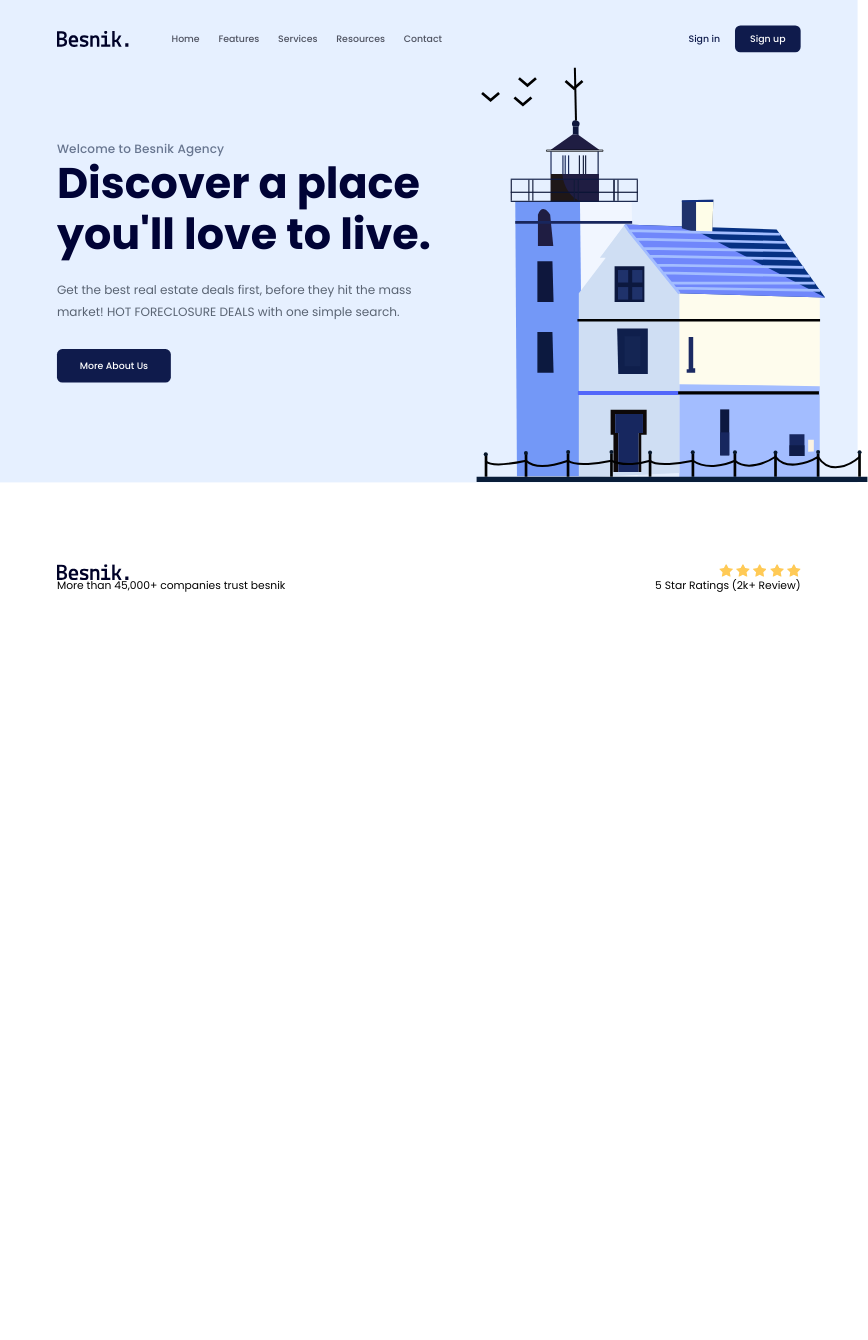
Repository: vancong171001/f8-html-css-01
Page: index.html
An editor plug-in stored every save of this project. The page is shown before and after a run of saves, followed by the edit.
The browser window is 1280 px wide. The page is 1295 px wide, so the pictures cover 1295 px, including what lies to the right of the window. The pictures show the whole page, at 67% of full size.

Above is the page before, as saved 2025-02-20 10:45:07.

### index.html
<!DOCTYPE html>
<html lang="en">
  <head>
    <meta charset="UTF-8" />
    <meta name="viewport" content="width=device-width, initial-scale=1.0" />
    <title>Project 01</title>
    <link rel="stylesheet" href="./assets/css/reset.css" />

    <!-- <link rel="preconnect" href="https://fonts.googleapis.com">
  <link rel="preconnect" href="https://fonts.gstatic.com" crossorigin>
  <link
    href="https://fonts.googleapis.com/css2?family=Poppins:wght@400;500;600;700&family=Roboto:ital,wght@0,100;0,300;0,400;0,500;0,700;0,900;1,100;1,300;1,400;1,500;1,700;1,900&display=swap"
    rel="stylesheet"> -->

    <link rel="stylesheet" href="./assets/fonts/stylesheet.css" />
    <link rel="stylesheet" href="./assets/css/styles.css" />
  </head>

  <body>
    <main style="height: 2000px">
      <!-- Header -->
      <header class="header">
        <div class="content">
          <nav class="navbar">
            <!-- Logo -->
            <img src="./assets/img/logo.svg" alt="Besnik." />

            <!-- Navigation -->
            <ul>
              <li><a href="#!">Home</a></li>
              <li><a href="#!">Features</a></li>
              <li><a href="#!">Services</a></li>
              <li><a href="#!">Resources</a></li>
              <li><a href="#!">Contact</a></li>
            </ul>

            <!-- Action -->
            <div class="action">
              <a href="#!" class="action-link">Sign in</a>
              <a href="#!" class="btn action-btn">Sign up</a>
            </div>
          </nav>

          <div class="hero">
            <div class="info">
              <p class="sub-title">Welcome to Besnik Agency</p>
              <h1 class="title">Discover a place you'll love to live.</h1>
              <p class="desc">
                Get the best real estate deals first, before they hit the mass
                market! HOT FORECLOSURE DEALS with one simple search.
              </p>
              <a href="#!" class="btn hero-cta">More About Us</a>
            </div>

            <img
              src="./assets/img/hero-img.svg"
              alt="Discover a place you'll love to live."
              class="hero-img"
            />
          </div>
        </div>
      </header>

      <!-- Clients -->
      <div class="clients">
        <div class="content">
          <div class="row">
            <!-- Logo -->
            <img src="./assets/img/logo.svg" alt="Besnik." />

            <!-- Stars -->
            <div class="stars">
              <img src="./assets/img/star.svg" alt="Star" />
              <img src="./assets/img/star.svg" alt="Star" />
              <img src="./assets/img/star.svg" alt="Star" />
              <img src="./assets/img/star.svg" alt="Star" />
              <img src="./assets/img/star.svg" alt="Star" />
            </div>
          </div>
          <div class="row">
            <p class="desc">More than 45,000+ companies trust besnik</p>
            <p class="desc">5 Star Ratings (2k+ Review)</p>
          </div>
        </div>
      </div>
    </main>
  </body>
</html>

### assets/fonts/stylesheet.css
/* =============== Poppins ================ */
@font-face {
  font-family: 'Poppins';
  src: url('Poppins/Poppins-BoldItalic.woff2') format('woff2'),
      url('Poppins/Poppins-BoldItalic.woff') format('woff');
  font-weight: bold;
  font-style: italic;
  font-display: swap;
}

@font-face {
  font-family: 'Poppins';
  src: url('Poppins/Poppins-ExtraBold.woff2') format('woff2'),
      url('Poppins/Poppins-ExtraBold.woff') format('woff');
  font-weight: bold;
  font-style: normal;
  font-display: swap;
}

@font-face {
  font-family: 'Poppins';
  src: url('Poppins/Poppins-ExtraBoldItalic.woff2') format('woff2'),
      url('Poppins/Poppins-ExtraBoldItalic.woff') format('woff');
  font-weight: bold;
  font-style: italic;
  font-display: swap;
}

@font-face {
  font-family: 'Poppins';
  src: url('Poppins/Poppins-Bold.woff2') format('woff2'),
      url('Poppins/Poppins-Bold.woff') format('woff');
  font-weight: bold;
  font-style: normal;
  font-display: swap;
}

@font-face {
  font-family: 'Poppins';
  src: url('Poppins/Poppins-Black.woff2') format('woff2'),
      url('Poppins/Poppins-Black.woff') format('woff');
  font-weight: 900;
  font-style: normal;
  font-display: swap;
}

@font-face {
  font-family: 'Poppins';
  src: url('Poppins/Poppins-BlackItalic.woff2') format('woff2'),
      url('Poppins/Poppins-BlackItalic.woff') format('woff');
  font-weight: 900;
  font-style: italic;
  font-display: swap;
}

@font-face {
  font-family: 'Poppins';
  src: url('Poppins/Poppins-ExtraLightItalic.woff2') format('woff2'),
      url('Poppins/Poppins-ExtraLightItalic.woff') format('woff');
  font-weight: 200;
  font-style: italic;
  font-display: swap;
}

@font-face {
  font-family: 'Poppins';
  src: url('Poppins/Poppins-Light.woff2') format('woff2'),
      url('Poppins/Poppins-Light.woff') format('woff');
  font-weight: 300;
  font-style: normal;
  font-display: swap;
}

@font-face {
  font-family: 'Poppins';
  src: url('Poppins/Poppins-Italic.woff2') format('woff2'),
      url('Poppins/Poppins-Italic.woff') format('woff');
  font-weight: normal;
  font-style: italic;
  font-display: swap;
}

@font-face {
  font-family: 'Poppins';
  src: url('Poppins/Poppins-LightItalic.woff2') format('woff2'),
      url('Poppins/Poppins-LightItalic.woff') format('woff');
  font-weight: 300;
  font-style: italic;
  font-display: swap;
}

@font-face {
  font-family: 'Poppins';
  src: url('Poppins/Poppins-Medium.woff2') format('woff2'),
      url('Poppins/Poppins-Medium.woff') format('woff');
  font-weight: 500;
  font-style: normal;
  font-display: swap;
}

@font-face {
  font-family: 'Poppins';
  src: url('Poppins/Poppins-ExtraLight.woff2') format('woff2'),
      url('Poppins/Poppins-ExtraLight.woff') format('woff');
  font-weight: 200;
  font-style: normal;
  font-display: swap;
}

@font-face {
  font-family: 'Poppins';
  src: url('Poppins/Poppins-MediumItalic.woff2') format('woff2'),
      url('Poppins/Poppins-MediumItalic.woff') format('woff');
  font-weight: 500;
  font-style: italic;
  font-display: swap;
}

@font-face {
  font-family: 'Poppins';
  src: url('Poppins/Poppins-SemiBold.woff2') format('woff2'),
      url('Poppins/Poppins-SemiBold.woff') format('woff');
  font-weight: 600;
  font-style: normal;
  font-display: swap;
}

@font-face {
  font-family: 'Poppins';
  src: url('Poppins/Poppins-ThinItalic.woff2') format('woff2'),
      url('Poppins/Poppins-ThinItalic.woff') format('woff');
  font-weight: 100;
  font-style: italic;
  font-display: swap;
}

@font-face {
  font-family: 'Poppins';
  src: url('Poppins/Poppins-SemiBoldItalic.woff2') format('woff2'),
      url('Poppins/Poppins-SemiBoldItalic.woff') format('woff');
  font-weight: 600;
  font-style: italic;
  font-display: swap;
}

@font-face {
  font-family: 'Poppins';
  src: url('Poppins/Poppins-Thin.woff2') format('woff2'),
      url('Poppins/Poppins-Thin.woff') format('woff');
  font-weight: 100;
  font-style: normal;
  font-display: swap;
}

@font-face {
  font-family: 'Poppins';
  src: url('Poppins/Poppins-Regular.woff2') format('woff2'),
      url('Poppins/Poppins-Regular.woff') format('woff');
  font-weight: normal;
  font-style: normal;
  font-display: swap;
}

### assets/css/styles.css
* {
  box-sizing: border-box;
}

:root {
  --primary-color: #0f1b4c;
}

html {
  font-size: 62.5%;
}

body {
  font-size: 1.6rem;
  font-family: "Poppins", "sans-serif";
}

/* Common */
a {
  text-decoration: none;
}

.content {
  width: 1110px;
  max-width: calc(100% - 48px);
  margin-left: auto;
  margin-right: auto;
}

.btn {
  display: inline-block;
  padding: 18px 16px;
  min-width: 98px;
  border-radius: 8px;
  background-color: var(--primary-color);
  font-weight: 500;
  font-size: 1.4rem;
  text-align: center;
  color: white;
}

.btn:hover {
  opacity: 0.9;
}

/* Header */
.header {
  background-color: #e6f0ff;
  height: 100vh;
  position: relative;
}

.navbar {
  display: flex;
  align-items: center;
  padding-top: 38px;
}

.navbar ul {
  display: flex;
  margin-left: 50px;
}

.navbar .action {
  margin-left: auto;
}

.navbar ul a {
  font-weight: 500;
  font-size: 1.4rem;
  color: #4f5361;
  padding: 8px 14px;
}

.navbar ul a:hover {
  text-decoration: underline;
}

.navbar .action-link {
  font-weight: 500;
  font-size: 1.4rem;
  color: var(--primary-color);
}

.navbar .action-btn {
  padding: 13px 16px;
  margin-left: 18px;
}

.hero {
  margin-top: 130px;
}

.hero .info {
  width: 51%;
}

.hero .sub-title {
  color: #687690;
  font-size: 1.8rem;
  font-weight: 500;
  line-height: 1.5;
  letter-spacing: 0.01em;
}

.hero .title {
  color: #000336;
  font-size: 6.4rem;
  font-weight: 700;
  line-height: 1.1875; /* 118.75% */
}

.hero .desc {
  color: #5a6473;
  font-size: 1.8rem;
  font-weight: 400;
  line-height: 1.78; /* 177.778% */
  margin-top: 30px;
}

.hero-cta {
  min-width: 170px;
  margin-top: 40px;
}

.hero-img {
  position: absolute;
  right: calc((100vw - 1110px) / 2 - 100px);
  bottom: 0;
}

/* ======== Client ======== */
.clients {
  margin-top: 122px;
}

.clients .row {
  display: flex;
  justify-content: space-between;
}

Loaded but not shown: assets/css/reset.css (common file)

After the next 4 saves:
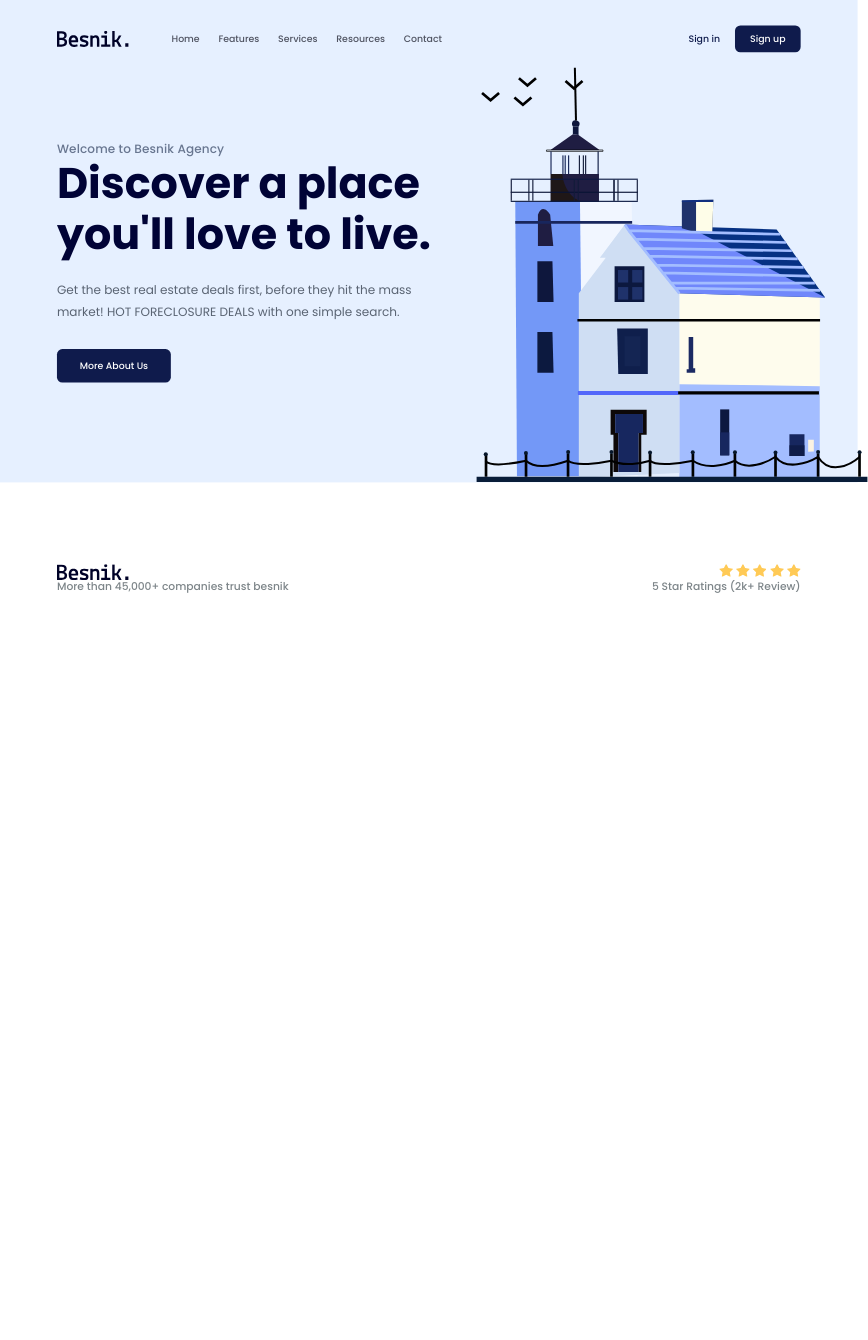
The 4 saves are shown as one change because they came seconds apart.
The last was saved 28 s later.
--- a/assets/css/styles.css
+++ b/assets/css/styles.css
@@ -138,3 +138,10 @@
   display: flex;
   justify-content: space-between;
 }
+
+.clients .desc {
+  color: #7d8589;
+  font-size: 16px;
+  font-weight: 500;
+  line-height: 20px; /* 125% */
+}
